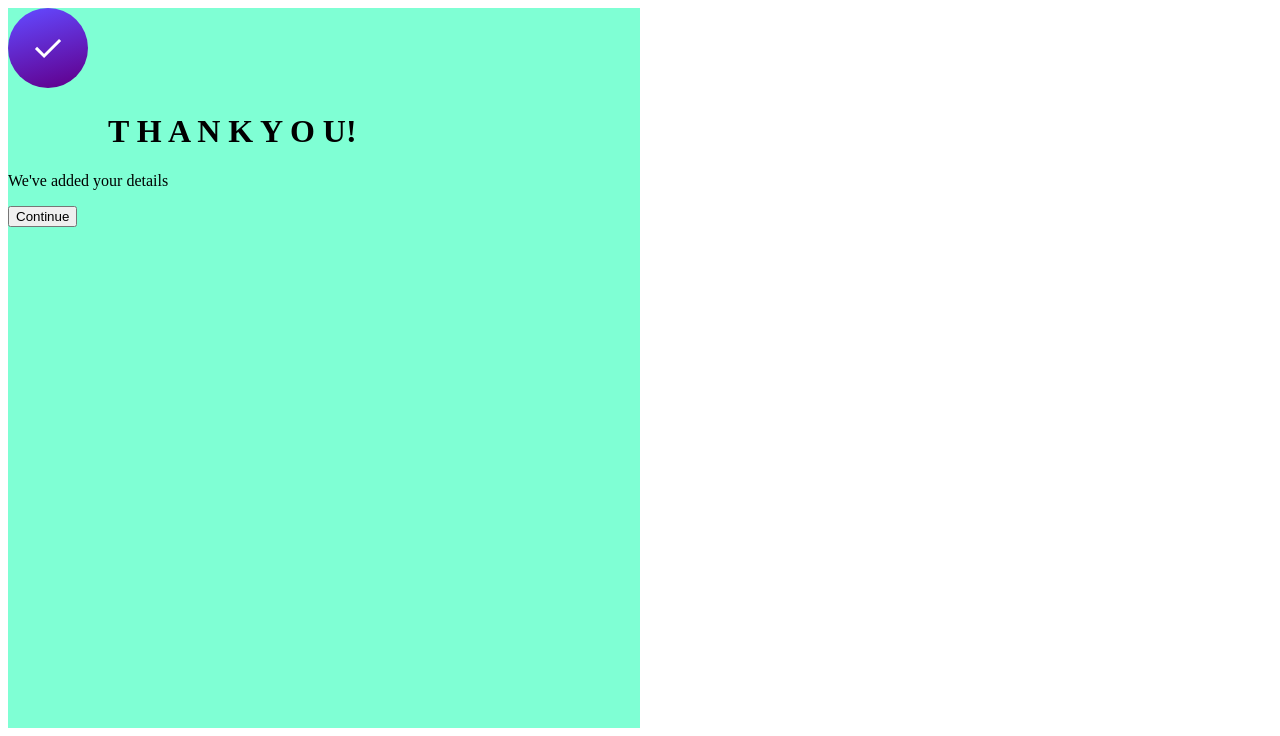
Repository: Abhi2359/frontendchallenge-1
Page: /
These files come from the project's save history. The page is drawn as it stood at one moment and after a run of saves; the edit follows.
The browser window is 1280 px wide. The pictures show the whole page.
The project was rebuilt for these pictures with package versions that can differ from the ones it lists, and the page was loaded fresh each time. Also part of the build but not shown: src/components/Cards/Card1.css, src/components/Cards/Card1.js, src/components/Cards/Card2.css, src/components/Cards/Card2.js, src/components/Layout/Layout.js.

Above is the page before, as saved 2023-02-15 17:25:25.

### src/App.js

import Compelete from "./components/Add/Compelete";
import Layout from "./components/Layout/Layout";


function App() {
  return (
    <div className="App">

      <Compelete/>
    {/*
      <Layout/>
      <Added/>

    <Card1/>
    */}

    </div>
  );
}

export default App;

### src/components/Add/Compelete.js
import React from 'react'
import {ReactComponent as Add} from './icon-complete.svg'
import './Compelete.css'

function Compelete() {
  return (
    <div class="Complete">
      <div class="icon">
        <Add/>
      </div>
      <h1>T H A N K Y O U!</h1>
      <div class="para">
        <p>We've added your details</p>
      </div>
      <div class="btn">
        <button>Continue</button>
      </div>
    </div>
  )
}

export default Compelete

### src/components/Add/Compelete.css
.Complete{
    height: 100vh;
    width: 50%;
    background-color: aquamarine;

}

.icon{
    margi
}

### src/components/Layout/layout.css
.layout{

    margin: 0;
    padding: 0;
    height: 100vh;
}
.partitions
{
    height: 100%;
display: flex;
flex-wrap: wrap;
flex-direction: row;
justify-content: space-between;
}

.partition1{
    background-image: linear-gradient(to right bottom, #340505, #3b0d16, #431521, #4a1d2c, #502638, #52273b, #53283e, #552941, #53223d, #511a38, #4f1234, #4d072f);

height: 100vh;
flex-grow: 3;
color: white;
width: 40%;

}

.partition2{
background-color: rgb(243, 242, 242);
 height: 100vh;
flex-grow: 8;
display: flex;
align-items: center;
justify-content: center;
}

.Form{
    margin-left: 80px;

}

.Form input{
    margin: 5px;
    height: 35px;
    margin-top: 10px;
    margin-bottom: 20px;

}

.card_holder{
    width: 300px;
    border: 1px solid gray;
    border-radius: 5px;
}
.card_number{
    width: 300px;
    border: 1px solid gray;
    border-radius: 5px;
}
label{
    font-size: 12px;
    font-weight: bold;
    padding-left: 10px;
}



.cvc{
    margin-left: 40px;
}

.number{
    width: 60px;
    border: 1px solid gray;
    border-radius: 5px;
}
#cvc{
    width: 140px;
    border: 1px solid gray;
    border-radius: 5px;
}
 .button{
    width: 300px;
    margin-left: 10px;
    background-color: black;
    color: white;
    height: 40px;
    border-radius: 5px;
 }

.partitiion1 ,h1{
margin-left: 100px;
}

.card1{
    margin-top: 20px;
    margin-left: 100px;
}

.card2{
    margin-top: 20px;
    margin-left: 80px;
}

Loaded but not shown: public/index.html (common file); src/index.js (common file)

After the next 2 saves:
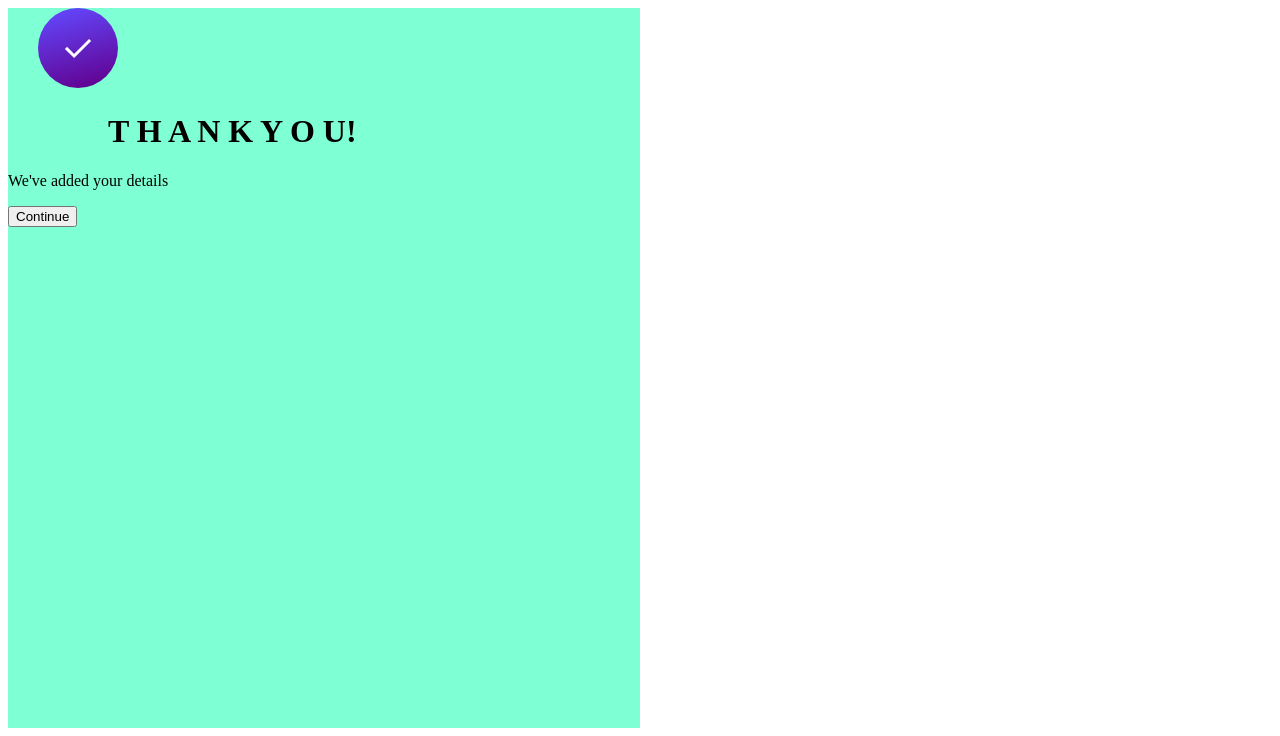
The 2 saves are shown as one change because they came seconds apart.
The last was saved 6 s later.
--- a/src/components/Add/Compelete.css
+++ b/src/components/Add/Compelete.css
@@ -6,5 +6,5 @@
 }
 
 .icon{
-    margi
+    margin-left: 30px;
 }

After the 2 saves that followed:
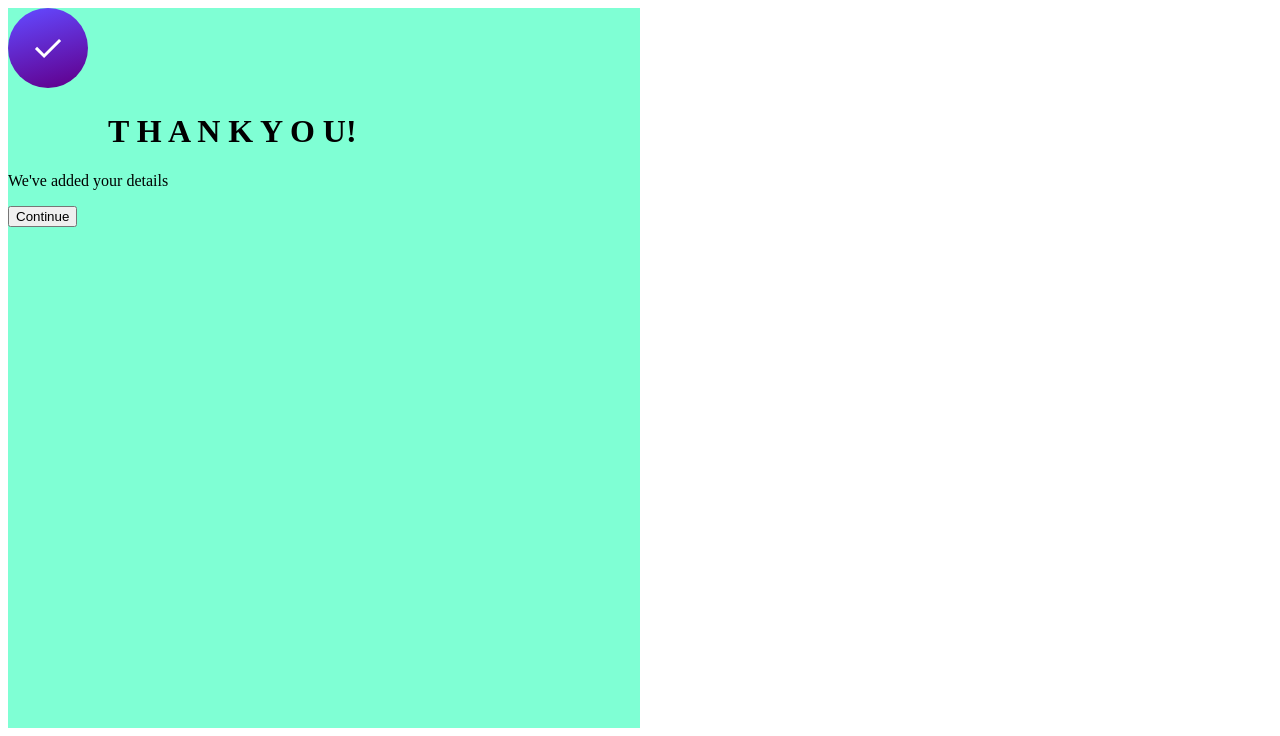
The 2 saves are shown as one change because they came seconds apart.
The last was saved 12 s later.
--- a/src/components/Add/Compelete.css
+++ b/src/components/Add/Compelete.css
@@ -6,5 +6,5 @@
 }
 
 .icon{
-    margin-left: 30px;
+    align-items: center;
 }
